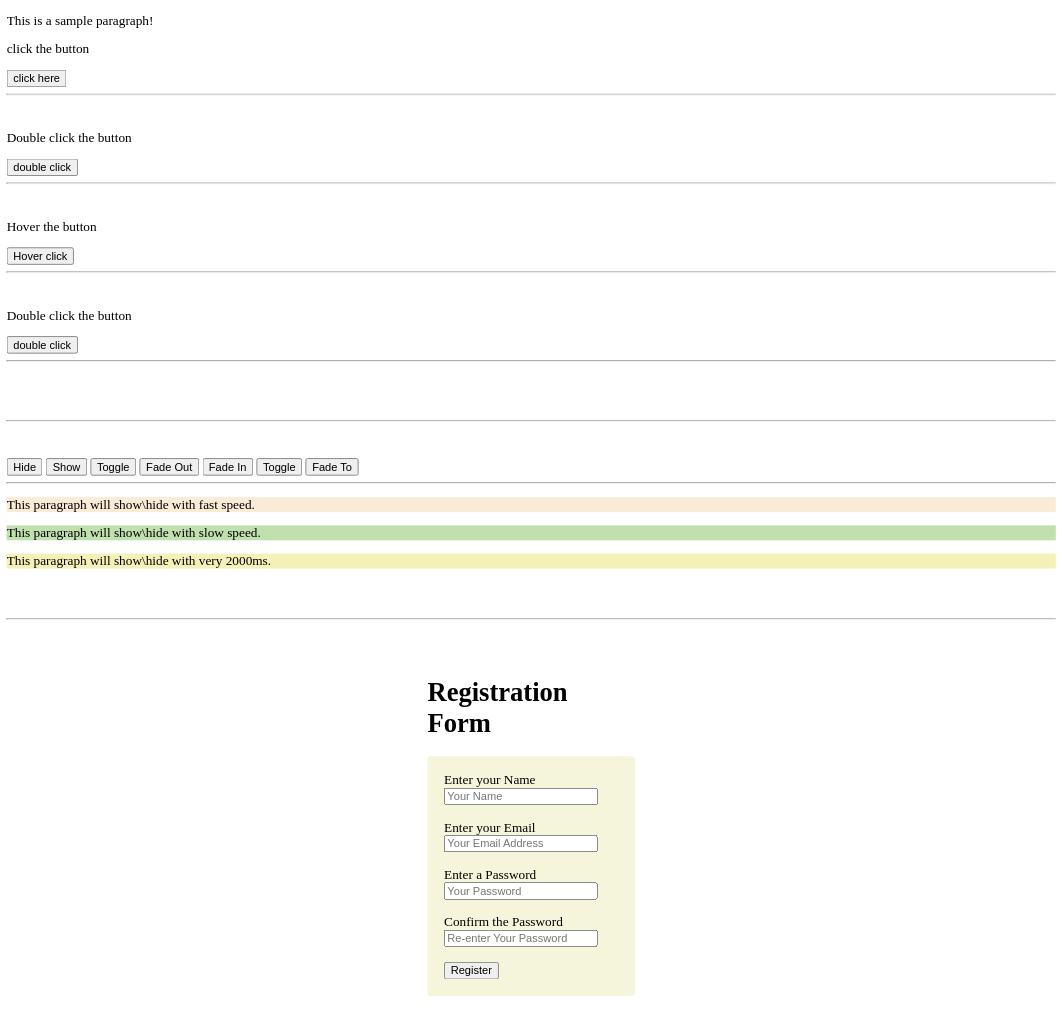
Repository: DhananjayaLakshan/Uom-Web_Design_For_Beginners
Page: Work02/index.html
The author's editor kept a copy of each file at every save. The page is drawn from the files as they stood at one save, then again after the next save.
The browser window is 1280 px wide. The pictures show the whole page, at 83% of full size.

Above is the page before, as saved 2023-12-01 00:06:07.

### Work02/index.html
<!DOCTYPE html>
<html lang="en">

<head>
    <meta charset="UTF-8" />
    <meta name="viewport" content="width=device-width, initial-scale=1.0" />
    <title>jquery</title>
    <script src="jquery-3.7.1.min.js"></script>
    <script src="jquery.validate.min.js"></script>
    <script src="https://cdn.jsdelivr.net/npm/jquery-validation-unobtrusive@4.0.0/dist/jquery.validate.unobtrusive.min.js"></script>
    <link rel="stylesheet" href="style.css">
</head>

<body>
    <p id="pid">This is a sample paragraph!</p>

    <script>
        $(document).ready(function () {
            $("#pid").click(function () {
                alert("You clicked the paragraph..!!");
            });
        });

        // $('#pid').click(function(){
        //     alert('You clicked the paragraph..!!');
        // });

        // document.getElementById('pid').onclick = function(){
        //     alert('You clicked the paragraph..!!');
        // }
    </script>

    <p>click the button</p>
    <button id="btn1">click here</button>
    <br />
    <hr />
    <br />

    <p>Double click the button</p>
    <button id="btn2">double click</button>
    <br />
    <hr />
    <br />

    <p>Hover the button</p>
    <button id="btn3">Hover click</button>
    <br />
    <hr />
    <br />

    <p>Double click the button</p>
    <button id="btn4">double click</button>
    <br />
    <hr />
    <br />

    <script>
        $(document).ready(function () {
            $("#btn1").click(function () {
                $(this).hide();
            });

            $("#btn2").dblclick(function () {
                $(this).hide();
            });

            $("#btn3").hover(function () {
                $(this).css("background-color", "pink");
            });

            $("#btn4").on({
                mouseenter: function () {
                    $(this).css("background-color", "cyan");
                },
                mouseleave: function () {
                    $(this).css("background-color", "yellow");
                },
            });
        });
    </script>

    <br /><br />
    <hr />
    <br /><br />

    <button class="hideBtn">Hide</button>
    <button class="showBtn">Show</button>
    <button class="toggleBtn">Toggle</button>
    <button class="fadeout">Fade Out</button>
    <button class="fadein">Fade In</button>
    <button class="toggle">Toggle</button>
    <button class="fadeto">Fade To</button>

    <hr />

    <p class="pfast" style="background-color: antiquewhite">
        This paragraph will show\hide with fast speed.
    </p>
    <p class="pslow" style="background-color: rgb(192, 224, 174)">
        This paragraph will show\hide with slow speed.
    </p>
    <p class="pclass" style="background-color: rgb(243, 241, 184)">
        This paragraph will show\hide with very 2000ms.
    </p>

    <script>
        $(document).ready(function () {
            $(".hideBtn").click(function () {
                $("p.pfast").hide("fast");
                $("p.pslow").hide("slow");
                $("p.pclass").hide(2000);
            });

            $(".showBtn").click(function () {
                $("p.pfast").show("fast");
                $("p.pslow").show("slow");
                $("p.pclass").show(2000);
            });

            $(".toggleBtn").click(function () {
                $("p.pfast").toggle("fast");
                $("p.pslow").toggle("slow");
                $("p.pclass").toggle(2000);
            });

            $(".fadeout").click(function () {
                $("p.pfast").fadeOut("fast");
                $("p.pslow").fadeOut("slow");
                $("p.pclass").fadeOut(2000);
            });

            $(".fadein").click(function () {
                $("p.pfast").fadeIn("fast");
                $("p.pslow").fadeIn("slow");
                $("p.pclass").fadeIn(2000);
            });

            $(".toggle").click(function () {
                $("p.pfast").fadeToggle("fast");
                $("p.pslow").fadeToggle("slow");
                $("p.pclass").fadeToggle(2000);
            });

            $(".fadeto").click(function () {
                $("p.pfast").fadeTo("fast", 0.5);
                $("p.pslow").fadeTo("slow", 0.5);
                $("p.pclass").fadeTo(2000, 0.5);
            });
        });
    </script>

    <br /><br />
    <hr />
    <br /><br />

    <div class="container">
        <h1>Registration Form</h1>
        <form action="" name="registration">

            <label for="name">Enter your Name</label><br>
            <input type="text" name="name" id="name" placeholder="Your Name" />
            <span data-valmsg-for="name" data-valmsg-replace="true"></span>
            <br><br>

            <label for="email">Enter your Email</label><br>
            <input type="email" name="email" id="email" placeholder="Your Email Address" />
            <span data-valmsg-for="email" data-valmsg-replace="true"></span>
            <br><br>

            <label for="password">Enter a Password</label><br>
            <input type="password" name="password" id="password" placeholder="Your Password" />
            <span data-valmsg-for="password" data-valmsg-replace="true"></span>
            <br><br>

            <label for="password">Confirm the Password</label><br>
            <input type="password" name="confirmpassword" id="confirmpassword" placeholder="Re-enter Your Password" />
            <span data-valmsg-for="confirmpassword" data-valmsg-replace="true"></span>
            <br><br>

            <button type="submit">Register</button>
        </form>
    </div>

    <script>
        $(function(){
            $("form[name='registration']").validate({
                rules:{
                    name:"required",
                    email:{
                        required:true,
                        email:true
                    },
                    password:{
                        required:true,
                        minlength:5
                    },
                    confirmpassword:{
                        required:true,
                        minlength:5,
                        equalTo:"password"
                    }
                },

                messages:{
                    name: "Please enter your name",

                    email:{
                        required:"Please enter your email address",
                        email:"Please enter the valid email"
                    },

                    password:{
                        required: "Please enter a password",
                        minlength:"Your password must be consist of at lease 5 characters"
                    },

                    confirmpassword:{
                        required: "Please Re-enter the password",
                        minlength: "Your password must be consist of at lease 5 characters",
                        equalTo: "Please enter the same password as above"
                    }
                }
            })
        });
    </script>











</body>

</html>

### Work02/style.css
.container{
    width: 250px;
    margin: 25px auto;
}

form{
    padding: 20px;
    background-color:beige;
    color: black;
    font-weight: 500;
    -moz-border-radius: 4px;
    -webkit-border-radius: 4px;
    border-radius: 4px;
}

Loaded but not shown: Work02/jquery-3.7.1.min.js (library); Work02/jquery.validate.min.js (library)

After the next save:
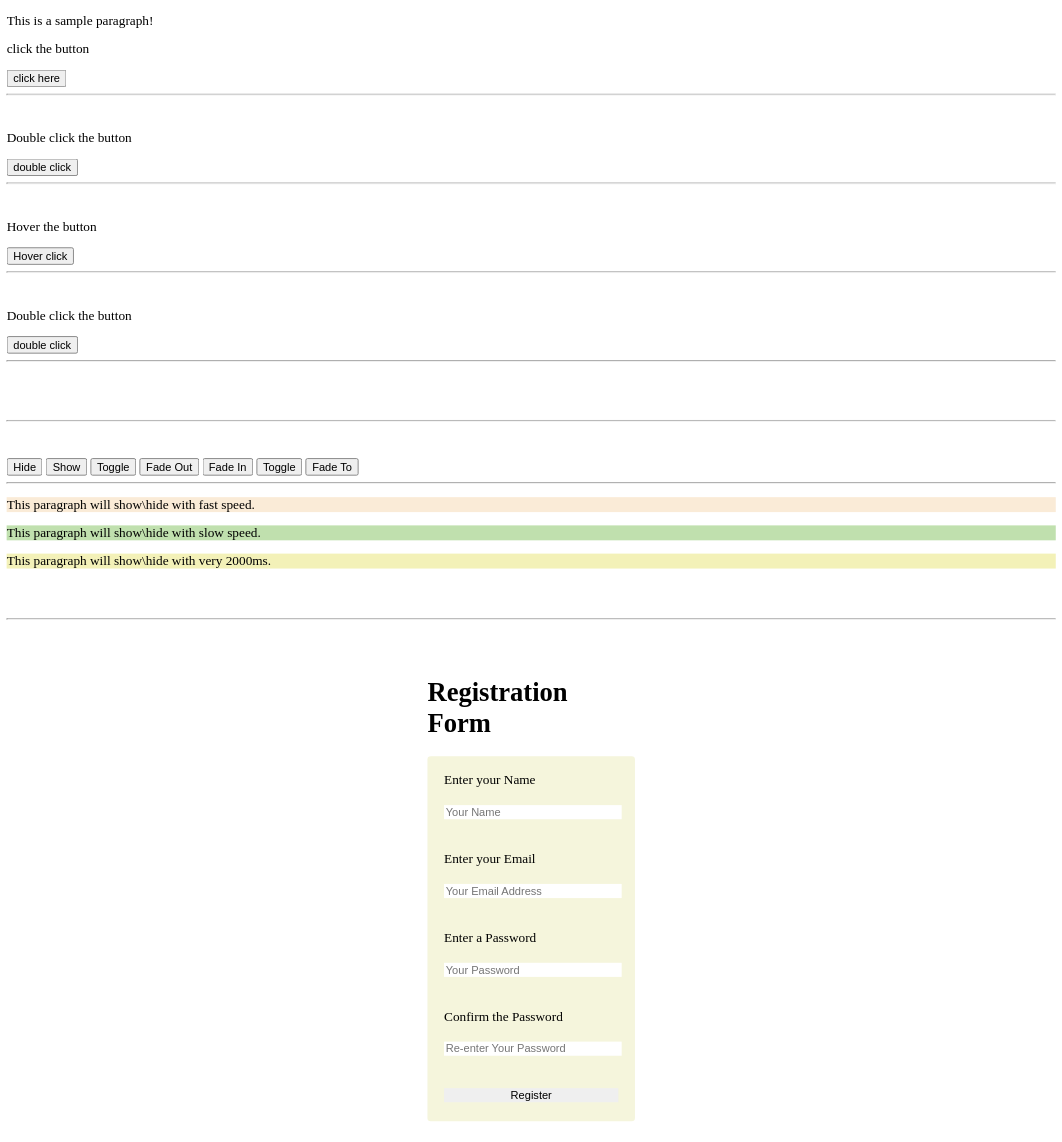
Saved 79 s later.
--- a/Work02/style.css
+++ b/Work02/style.css
@@ -12,3 +12,12 @@ form{
     -webkit-border-radius: 4px;
     border-radius: 4px;
 }
+
+form label,
+form input,
+form button{
+    border:0;
+    margin-bottom: 3px;
+    display: block;
+    width: 100%;
+}
